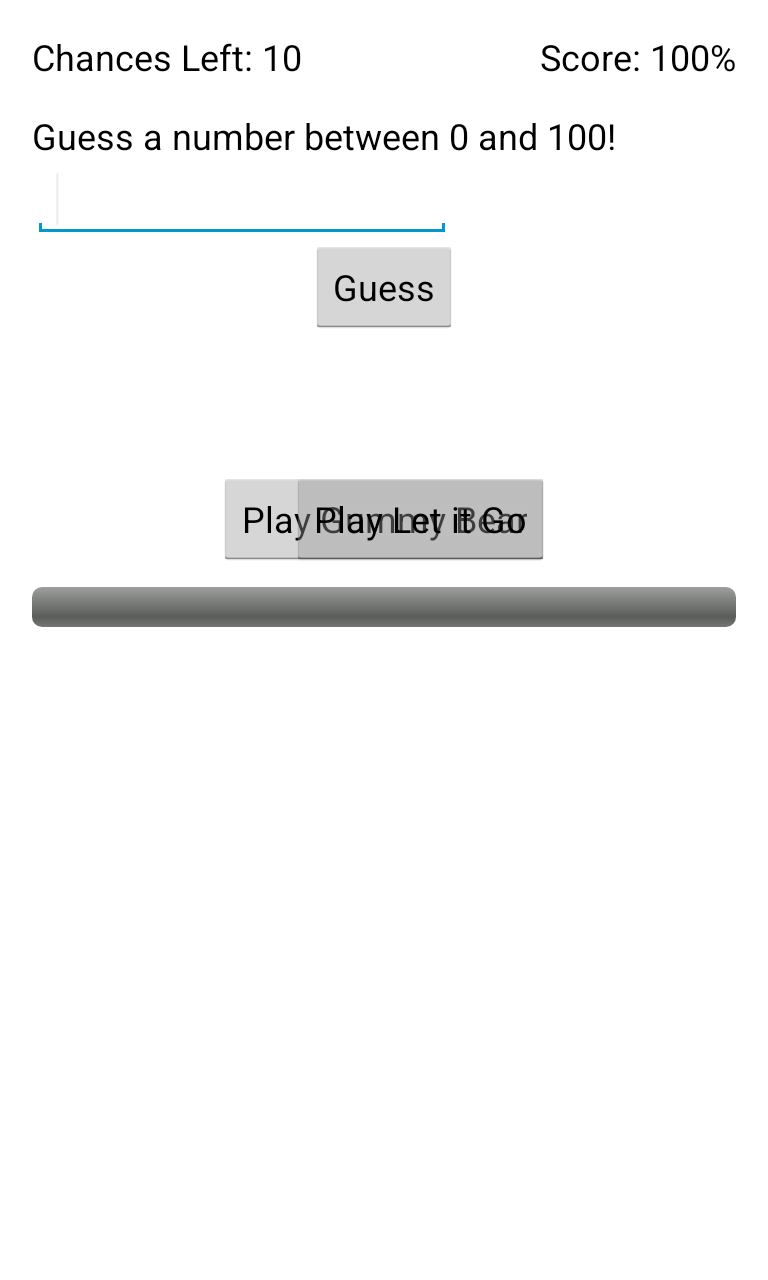
Repository: lethe13/AndroidProgramming
Layout: COMP304-Group1-MicroProject4/res/layout/activity_ggplay_music_progress_bar.xml
These files come from the project's save history. The layout is drawn as it stood at one moment and after the next save; the edit follows.
It is drawn on a 768 x 1280 px phone screen (xhdpi) without system bars, with theme AppTheme; the app's code is not run.

Above is the layout before, as saved 2015-11-04 02:16:15.

### COMP304-Group1-MicroProject4/res/layout/activity_ggplay_music_progress_bar.xml
<RelativeLayout xmlns:android="http://schemas.android.com/apk/res/android"
    xmlns:tools="http://schemas.android.com/tools"
    android:layout_width="match_parent"
    android:layout_height="match_parent"
    android:paddingBottom="@dimen/activity_vertical_margin"
    android:paddingLeft="@dimen/activity_horizontal_margin"
    android:paddingRight="@dimen/activity_horizontal_margin"
    android:paddingTop="@dimen/activity_vertical_margin"
    tools:context="com.example.comp304_group1_microproject4.GGPlayMusicProgressBar" >

     <TextView
        android:id="@+id/lblChance"
        android:layout_width="wrap_content"
        android:layout_height="wrap_content"
        android:text="Chances Left: 10"
        android:textAppearance="?android:attr/textAppearanceMedium" />

     <TextView
        android:id="@+id/lblScore"
        android:layout_width="wrap_content"
        android:layout_height="wrap_content"
        android:text="Score: 100%"
        android:layout_alignParentRight="true"
        android:textAppearance="?android:attr/textAppearanceMedium" />

    <TextView
        android:id="@+id/lblInput"
        android:layout_width="wrap_content"
        android:layout_height="wrap_content"
        android:layout_marginTop="15dp"
        android:layout_below="@+id/lblChance"
        android:text="Guess a number between 0 and 100!"
        android:textAppearance="?android:attr/textAppearanceMedium" />

    <EditText
        android:id="@+id/txtInput"
        android:layout_width="wrap_content"
        android:layout_height="wrap_content"
        android:layout_below="@+id/lblInput"
        android:inputType="number"
        android:ems="10" >

        <requestFocus />
    </EditText>

   <Button
        android:id="@+id/btnGo"
        android:layout_width="wrap_content"
        android:layout_height="wrap_content"
        android:layout_centerHorizontal="true"
        android:layout_below="@+id/txtInput"
        android:text="Guess" />

    <TextView
       android:id="@+id/lblMessage"
       android:layout_width="wrap_content"
       android:layout_height="wrap_content"
       android:layout_marginTop="15dp"
       android:layout_below="@+id/btnGo"
       android:text=""
       android:textAppearance="?android:attr/textAppearanceSmall" />

    <TextView
        android:id="@+id/lblSongLength"
        android:layout_width="wrap_content"
        android:layout_height="wrap_content"
        android:layout_marginTop="15dp"
        android:layout_below="@+id/lblMessage"
        android:text="" />

    <Button
        android:id="@+id/btnBear"
        android:layout_width="wrap_content"
        android:layout_height="wrap_content"
        android:layout_below="@+id/lblSongLength"
        android:layout_centerHorizontal="true"
        android:onClick="songClick"
        android:text="Play Gummy Bear" />

    <Button
        android:id="@+id/btnFrozen"
        android:layout_width="wrap_content"
        android:layout_height="wrap_content"
        android:layout_alignRight="@+id/btnBear"
        android:layout_centerHorizontal="true"
        android:layout_below="@+id/lblSongLength"
        android:onClick="songClick"
        android:text="Play Let it Go" />

    <ProgressBar
        android:id="@+id/pbProgress"
        style="@android:style/Widget.ProgressBar.Horizontal"
        android:layout_width="match_parent"
        android:layout_height="20dp"
        android:minHeight="20dp"
        android:maxHeight="20dp"
        android:layout_marginTop="10dp"
        android:layout_below="@+id/btnBear" />

</RelativeLayout>

Loaded but not shown: COMP304-Group1-MicroProject4/res/values/styles.xml (common file); COMP304-Group1-MicroProject4/res/values-v11/styles.xml (common file); COMP304-Group1-MicroProject4/res/values-v14/styles.xml (common file); COMP304-Group1-MicroProject4/res/values/dimens.xml (common file); COMP304-Group1-MicroProject4/res/values-w820dp/dimens.xml (common file)

After the next save:
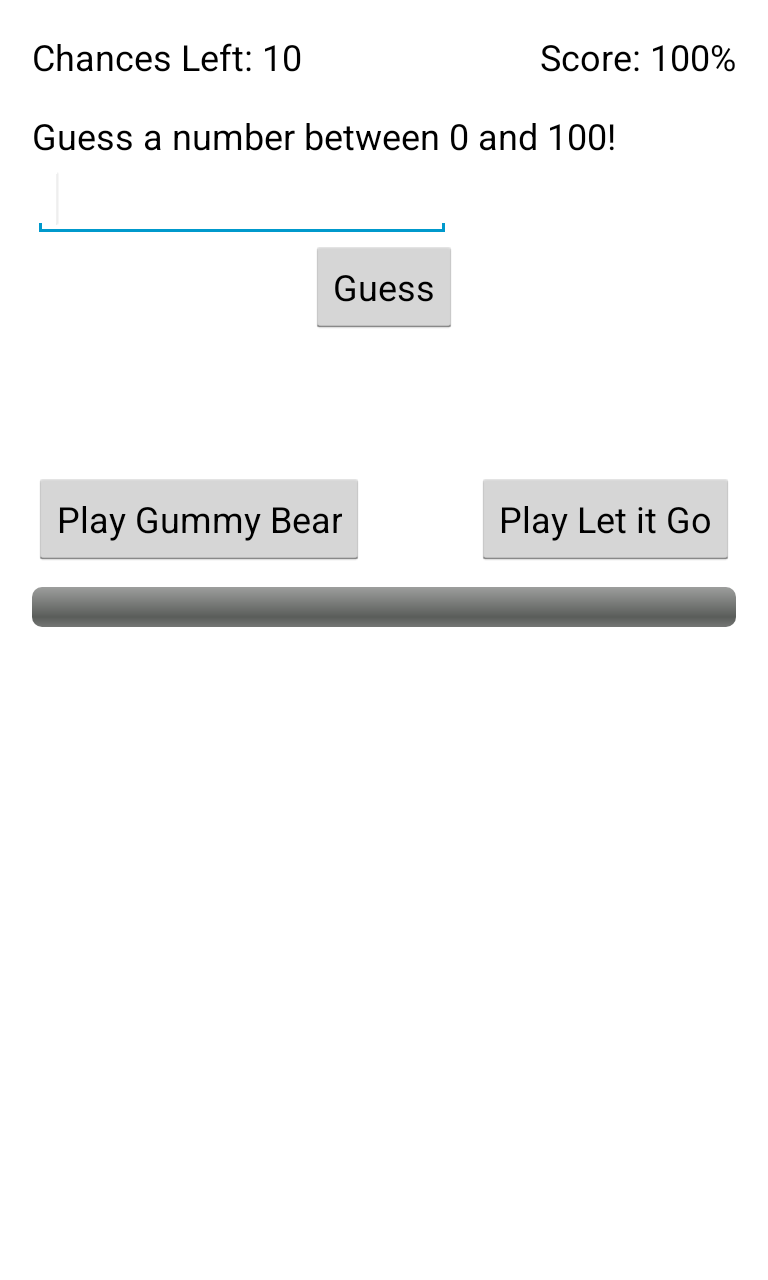
Saved 30 s later.
--- a/COMP304-Group1-MicroProject4/res/layout/activity_ggplay_music_progress_bar.xml
+++ b/COMP304-Group1-MicroProject4/res/layout/activity_ggplay_music_progress_bar.xml
@@ -73,7 +73,6 @@
         android:layout_width="wrap_content"
         android:layout_height="wrap_content"
         android:layout_below="@+id/lblSongLength"
-        android:layout_centerHorizontal="true"
         android:onClick="songClick"
         android:text="Play Gummy Bear" />
 
@@ -81,8 +80,7 @@
         android:id="@+id/btnFrozen"
         android:layout_width="wrap_content"
         android:layout_height="wrap_content"
-        android:layout_alignRight="@+id/btnBear"
-        android:layout_centerHorizontal="true"
+        android:layout_alignParentRight="true"
         android:layout_below="@+id/lblSongLength"
         android:onClick="songClick"
         android:text="Play Let it Go" />
